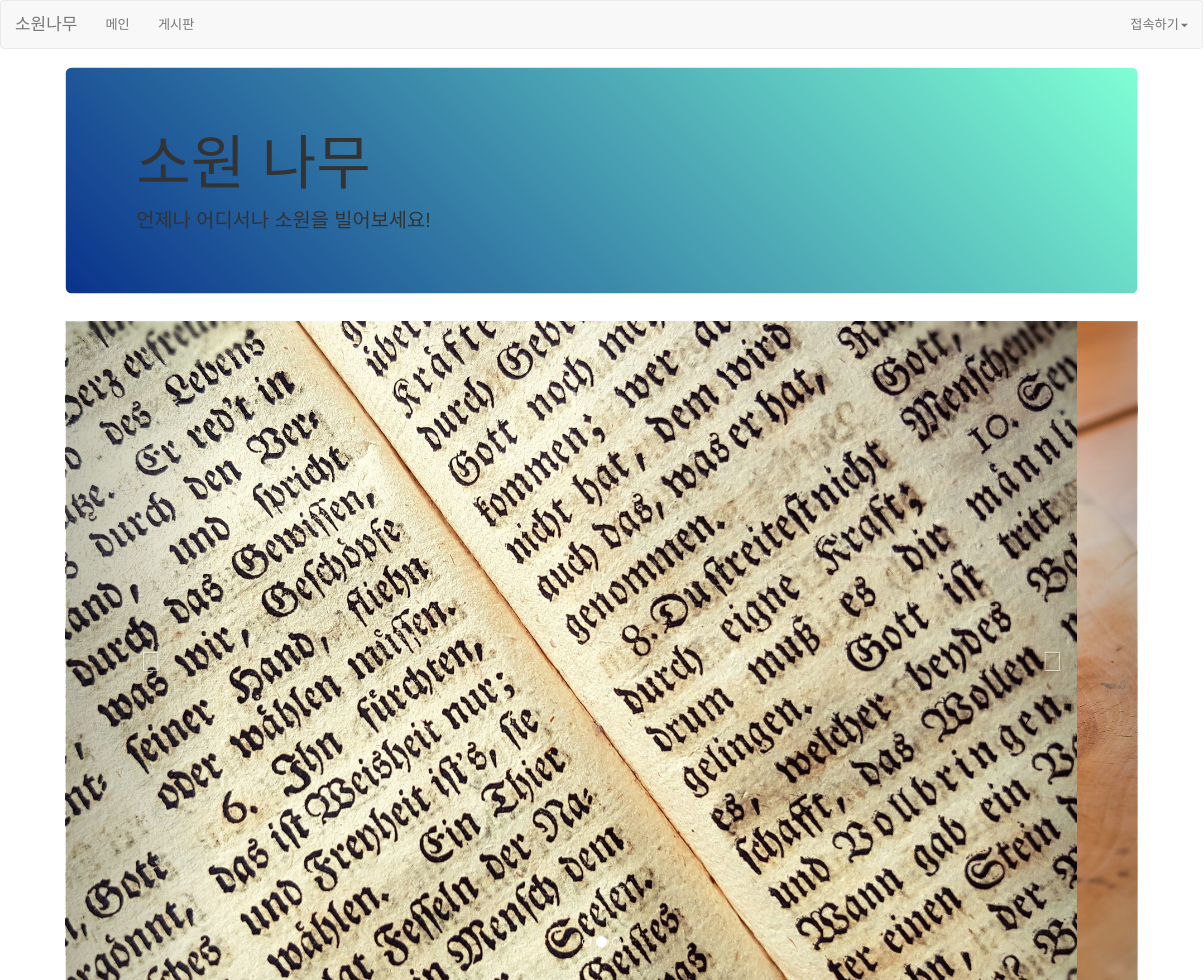
Repository: jongah/WishTree
Page: http://localhost/text/main.jsp
These files come from the project's save history. The page is drawn as it stood at one moment and after the next save; the edit follows.
The browser window is 1280 px wide. The pictures show the whole page, at 94% of full size.
Some web fonts or font styles are not loaded; a fallback is used. Some web libraries are served in a nearby version. The page is served by Tomcat 9.

Above is the page before, as saved 2021-05-05 14:47:17.

After the next save:
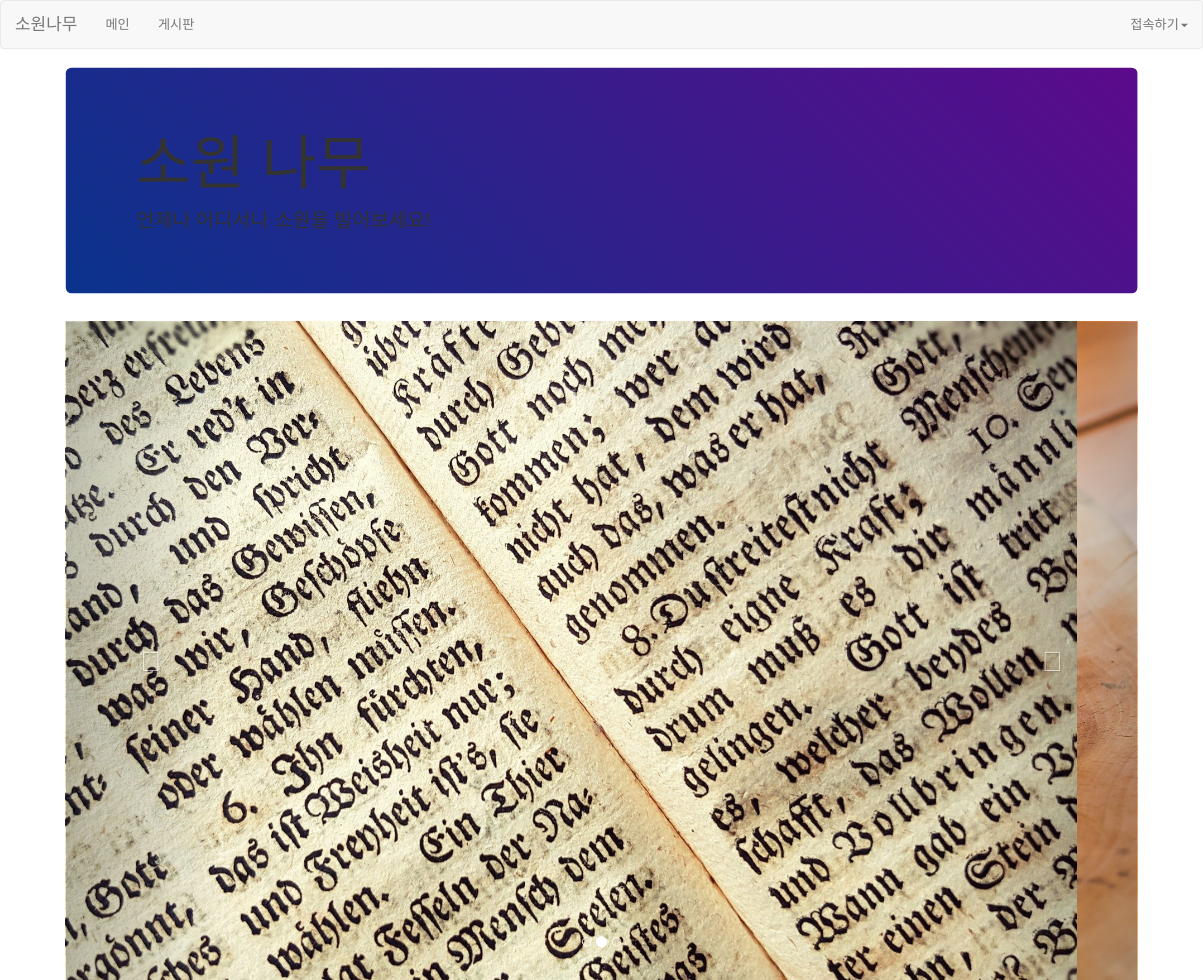
Saved 17 s later.
--- a/text/WebContent/css/custom.css
+++ b/text/WebContent/css/custom.css
@@ -8,5 +8,5 @@
 	font-family : 'Hanna', sans-serif;
 }
 .jumbotron{
-	background: linear-gradient(45deg, #0a338c, aquamarine);
+	background: linear-gradient(45deg, #0a338c, #5c0a8c);
 }
